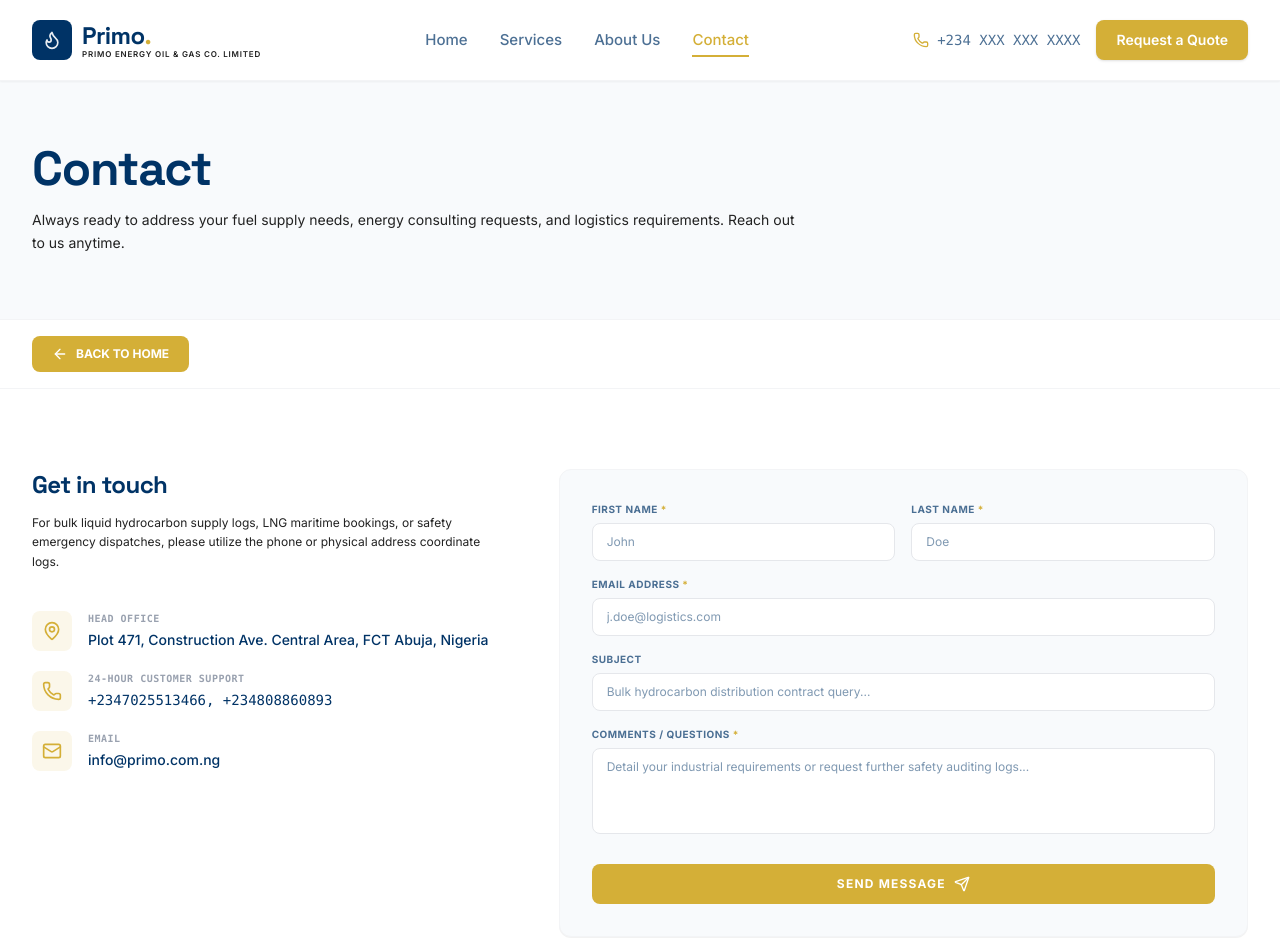
Repository: Jessic-asomugha/primopro
Page: /, after clicking the first element matching `nav.hidden > :nth-child(4)`
The author's editor kept a copy of each file at every save. The page is drawn from the files as they stood at one save, then again after the next save.
The browser window is 1280 px wide. The pictures show the part of the page from y = 0 to 952 px (the page is 1721 px tall).
The project was rebuilt for these pictures with package versions that can differ from the ones it lists, and the page was loaded fresh each time. Also part of the build but not shown: vite.config.ts, src/components/ServicesView.tsx, src/components/AboutView.tsx.

Above is the page before, as saved 2026-07-28 21:49:24.

### index.html
<!doctype html>
<html lang="en">
  <head>
    <meta charset="UTF-8" />
    <meta name="viewport" content="width=device-width, initial-scale=1.0" />
    <title>Primo Energy Oil & Gas Co. Limited - Reliable Energy Solutions</title>
  </head>
  <body>
    <div id="root"></div>
    <script type="module" src="/src/main.tsx"></script>
  </body>
</html>

### src/main.tsx
import {StrictMode} from 'react';
import {createRoot} from 'react-dom/client';
import App from './App.tsx';
import './index.css';

createRoot(document.getElementById('root')!).render(
  <StrictMode>
    <App />
  </StrictMode>,
);

### src/App.tsx
/**
 * @license
 * SPDX-License-Identifier: Apache-2.0
 */

import React, { useState } from 'react';
import { motion, AnimatePresence } from 'motion/react';
import Header from './components/Header';
import Footer from './components/Footer';
import QuoteModal from './components/QuoteModal';
import HomeView from './components/HomeView';
import ServicesView from './components/ServicesView';
import AboutView from './components/AboutView';
import ContactView from './components/ContactView';

export default function App() {
  const [activePage, setActivePage] = useState<'home' | 'services' | 'about' | 'contact'>('home');
  const [isQuoteOpen, setIsQuoteOpen] = useState(false);
  const [preselectedService, setPreselectedService] = useState('');

  const handleRequestQuote = () => {
    setPreselectedService('');
    setIsQuoteOpen(true);
  };

  const handleRequestQuoteWithService = (serviceId: string) => {
    setPreselectedService(serviceId);
    setIsQuoteOpen(true);
  };

  const renderActiveView = () => {
    switch (activePage) {
      case 'home':
        return (
          <HomeView
            onNavigateToServices={() => setActivePage('services')}
            onNavigateToAbout={() => setActivePage('about')}
            onNavigateToContact={() => setActivePage('contact')}
            onRequestQuote={handleRequestQuote}
          />
        );
      case 'services':
        return (
          <ServicesView
            onRequestQuoteWithService={handleRequestQuoteWithService}
          />
        );
      case 'about':
        return (
          <AboutView
            onRequestQuote={handleRequestQuote}
          />
        );
      case 'contact':
        return (
          <ContactView
            onBackToHome={() => setActivePage('home')}
          />
        );
      default:
        return (
          <HomeView
            onNavigateToServices={() => setActivePage('services')}
            onNavigateToAbout={() => setActivePage('about')}
            onNavigateToContact={() => setActivePage('contact')}
            onRequestQuote={handleRequestQuote}
          />
        );
    }
  };

  return (
    <div className="flex flex-col min-h-screen bg-white text-brand-dark selection:bg-brand-accent selection:text-white">
      {/* Navigation Header */}
      <Header
        activePage={activePage}
        setActivePage={setActivePage}
        onRequestQuote={handleRequestQuote}
      />

      {/* Main Corporate Workspace */}
      <main className="flex-grow">
        <AnimatePresence mode="wait">
          <motion.div
            key={activePage}
            initial={{ opacity: 0, y: 10 }}
            animate={{ opacity: 1, y: 0 }}
            exit={{ opacity: 0, y: -10 }}
            transition={{ duration: 0.3 }}
          >
            {renderActiveView()}
          </motion.div>
        </AnimatePresence>
      </main>

      {/* Shared Corporate Footer */}
      <Footer onNav={setActivePage} />

      {/* Global Request a Quote Modal */}
      <QuoteModal
        isOpen={isQuoteOpen}
        onClose={() => setIsQuoteOpen(false)}
        preselectedService={preselectedService}
      />
    </div>
  );
}

### src/index.css
@import url('https://fonts.googleapis.com/css2?family=Inter:wght@300;400;500;600;700&family=Space+Grotesk:wght@400;500;600;700&display=swap');
@import "tailwindcss";

@theme {
  --font-sans: "Inter", ui-sans-serif, system-ui, sans-serif;
  --font-display: "Space Grotesk", sans-serif;

  --color-brand-dark: #003366;
  --color-brand-accent: #D4AF37;
  --color-brand-accent-hover: #B8962E;
  --color-brand-light: #f8fafc;
  --color-brand-muted: #222222;
}

/* Custom scrollbar and premium design details */
::-webkit-scrollbar {
  width: 8px;
  height: 8px;
}
::-webkit-scrollbar-track {
  background: #003366;
}
::-webkit-scrollbar-thumb {
  background: #D4AF37;
  border-radius: 4px;
}
::-webkit-scrollbar-thumb:hover {
  background: #B8962E;
}

.font-display {
  font-family: var(--font-display);
}

### src/components/ContactView.tsx
import React, { useState } from 'react';
import { motion, AnimatePresence } from 'motion/react';
import { MapPin, Phone, Mail, ArrowLeft, Send, CheckCircle } from 'lucide-react';

interface ContactViewProps {
  onBackToHome: () => void;
}

export default function ContactView({ onBackToHome }: ContactViewProps) {
  const [formData, setFormData] = useState({
    firstName: '',
    lastName: '',
    email: '',
    subject: '',
    message: ''
  });

  const [isSubmitting, setIsSubmitting] = useState(false);
  const [submitted, setSubmitted] = useState(false);

  const handleChange = (e: React.ChangeEvent<HTMLInputElement | HTMLTextAreaElement>) => {
    const { name, value } = e.target;
    setFormData(prev => ({ ...prev, [name]: value }));
  };

const handleSubmit = async (e: React.FormEvent) => {
    e.preventDefault();
    setIsSubmitting(true);

    try {
      const response = await fetch('https://api.web3forms.com/submit', {
        method: 'POST',
        headers: { 'Content-Type': 'application/json' },
        body: JSON.stringify({
          access_key: 'b411e041-cfa8-434e-8ace-1a8834fc6c51',
          first_name: formData.firstName,
          last_name: formData.lastName,
          email: formData.email,
          subject: formData.subject,
          message: formData.message,
        }),
      });

      const result = await response.json();

      if (result.success) {
        setSubmitted(true);
      } else {
        console.error('Submission failed:', result.message);
        alert('Something went wrong. Please try again.');
      }
    } catch (error) {
      console.error('Error submitting form:', error);
      alert('Something went wrong. Please try again.');
    } finally {
      setIsSubmitting(false);
    }
  };

  const resetForm = () => {
    setFormData({
      firstName: '',
      lastName: '',
      email: '',
      subject: '',
      message: ''
    });
    setSubmitted(false);
  };

  return (
    <div className="bg-white text-brand-dark min-h-screen">

      {/* 1. Page Header Block */}
      <section className="bg-brand-light border-b border-gray-100 py-16">
        <div className="mx-auto max-w-7xl px-4 sm:px-6 lg:px-8">
          <div className="max-w-3xl space-y-4">
            <h1 className="font-display text-4xl sm:text-5xl font-bold tracking-tight text-brand-dark">Contact</h1>
            <p className="text-sm text-brand-muted leading-relaxed">
              Always ready to address your fuel supply needs, energy consulting requests, and logistics requirements. Reach out to us anytime.
            </p>
          </div>
        </div>
      </section>

      {/* 2. Navigation Bar (Back to Home) */}
      <div className="border-b border-gray-100 bg-white">
        <div className="mx-auto max-w-7xl px-4 sm:px-6 lg:px-8 py-4">
          <button
            onClick={onBackToHome}
            className="inline-flex items-center gap-2 bg-brand-accent hover:bg-brand-accent-hover text-white px-5 py-2.5 rounded-lg text-xs font-bold uppercase transition"
          >
            <ArrowLeft className="h-4 w-4" />
            Back to Home
          </button>
        </div>
      </div>

      {/* 3. Contact Details & Interactive Form */}
      <section className="py-20 bg-white">
        <div className="mx-auto max-w-7xl px-4 sm:px-6 lg:px-8">
          <div className="grid grid-cols-1 lg:grid-cols-12 gap-12">

            {/* Left Column: Get In Touch */}
            <div className="lg:col-span-5 space-y-6">
              <div className="space-y-3">
                <h2 className="font-display text-2xl font-bold tracking-tight">Get in touch</h2>
                <p className="text-xs text-brand-muted leading-relaxed">
                  For bulk liquid hydrocarbon supply logs, LNG maritime bookings, or safety emergency dispatches, please utilize the phone or physical address coordinate logs.
                </p>
              </div>

              <div className="space-y-5 pt-4">

                <div className="flex items-start gap-4">
                  <div className="h-10 w-10 rounded-lg bg-brand-accent/10 flex items-center justify-center text-brand-accent shrink-0">
                    <MapPin className="h-5 w-5" />
                  </div>
                  <div>
                    <h4 className="text-[10px] font-bold text-gray-400 uppercase tracking-wider font-mono">Head Office</h4>
                    <p className="text-sm text-brand-dark font-medium mt-1">
                    Plot 471, Construction Ave. Central Area, FCT  Abuja, Nigeria
                    </p>
                  </div>
                </div>

                <div className="flex items-start gap-4">
                  <div className="h-10 w-10 rounded-lg bg-brand-accent/10 flex items-center justify-center text-brand-accent shrink-0">
                    <Phone className="h-5 w-5" />
                  </div>
                  <div>
                    <h4 className="text-[10px] font-bold text-gray-400 uppercase tracking-wider font-mono">24-Hour Customer Support</h4>
                    <p className="text-sm text-brand-dark font-mono font-medium mt-1">
                      <a href="tel:+234XXXXXXXXXX" className="hover:text-brand-accent transition">
                        +2347025513466, +234808860893
                      </a>
                    </p>
                  </div>
                </div>

                <div className="flex items-start gap-4">
                  <div className="h-10 w-10 rounded-lg bg-brand-accent/10 flex items-center justify-center text-brand-accent shrink-0">
                    <Mail className="h-5 w-5" />
                  </div>
                  <div>
                    <h4 className="text-[10px] font-bold text-gray-400 uppercase tracking-wider font-mono">Email</h4>
                    <p className="text-sm text-brand-dark font-medium mt-1">
                      <a href="mailto:info@primoenergy.com.ng" className="hover:text-brand-accent transition">
                        info@primo.com.ng
                      </a>
                    </p>
                  </div>
                </div>

              </div>
            </div>

            {/* Right Column: Form */}
            <div className="lg:col-span-7 bg-brand-light rounded-xl p-8 border border-gray-100 shadow-2xs">
              <AnimatePresence mode="wait">
                {!submitted ? (
                  <motion.form
                    key="contact-form"
                    initial={{ opacity: 0 }}
                    animate={{ opacity: 1 }}
                    exit={{ opacity: 0 }}
                    onSubmit={handleSubmit}
                    className="space-y-4"
                  >
                    <div className="grid grid-cols-1 sm:grid-cols-2 gap-4">
                      <div>
                        <label className="block text-[10px] font-bold text-brand-dark/70 uppercase tracking-wider mb-1.5">
                          First Name <span className="text-brand-accent">*</span>
                        </label>
                        <input
                          type="text"
                          name="firstName"
                          required
                          value={formData.firstName}
                          onChange={handleChange}
                          placeholder="John"
                          className="w-full rounded-lg bg-white border border-gray-200 px-3.5 py-2.5 text-xs text-brand-dark focus:outline-hidden focus:border-brand-accent transition"
                        />
                      </div>
                      <div>
                        <label className="block text-[10px] font-bold text-brand-dark/70 uppercase tracking-wider mb-1.5">
                          Last Name <span className="text-brand-accent">*</span>
                        </label>
                        <input
                          type="text"
                          name="lastName"
                          required
                          value={formData.lastName}
                          onChange={handleChange}
                          placeholder="Doe"
                          className="w-full rounded-lg bg-white border border-gray-200 px-3.5 py-2.5 text-xs text-brand-dark focus:outline-hidden focus:border-brand-accent transition"
                        />
                      </div>
                    </div>

                    <div>
                      <label className="block text-[10px] font-bold text-brand-dark/70 uppercase tracking-wider mb-1.5">
                        Email Address <span className="text-brand-accent">*</span>
                      </label>
                      <input
                        type="email"
                        name="email"
                        required
                        value={formData.email}
                        onChange={handleChange}
                        placeholder="j.doe@logistics.com"
                        className="w-full rounded-lg bg-white border border-gray-200 px-3.5 py-2.5 text-xs text-brand-dark focus:outline-hidden focus:border-brand-accent transition"
                      />
                    </div>

                    <div>
                      <label className="block text-[10px] font-bold text-brand-dark/70 uppercase tracking-wider mb-1.5">
                        Subject
                      </label>
                      <input
                        type="text"
                        name="subject"
                        value={formData.subject}
                        onChange={handleChange}
                        placeholder="Bulk hydrocarbon distribution contract query..."
                        className="w-full rounded-lg bg-white border border-gray-200 px-3.5 py-2.5 text-xs text-brand-dark focus:outline-hidden focus:border-brand-accent transition"
                      />
                    </div>

                    <div>
                      <label className="block text-[10px] font-bold text-brand-dark/70 uppercase tracking-wider mb-1.5">
                        Comments / Questions <span className="text-brand-accent">*</span>
                      </label>
                      <textarea
                        name="message"
                        required
                        rows={4}
                        value={formData.message}
                        onChange={handleChange}
                        placeholder="Detail your industrial requirements or request further safety auditing logs..."
                        className="w-full rounded-lg bg-white border border-gray-200 px-3.5 py-2.5 text-xs text-brand-dark focus:outline-hidden focus:border-brand-accent transition resize-none"
                      />
                    </div>

                    <div className="pt-2">
                      <button
                        type="submit"
                        disabled={isSubmitting}
                        className="w-full bg-brand-accent hover:bg-brand-accent-hover disabled:opacity-50 text-white font-bold py-3 px-6 rounded-lg text-xs uppercase tracking-widest transition flex items-center justify-center gap-2"
                      >
                        {isSubmitting ? (
                          <>
                            <svg className="animate-spin -ml-1 mr-2 h-4 w-4 text-white" fill="none" viewBox="0 0 24 24">
                              <circle className="opacity-25" cx="12" cy="12" r="10" stroke="currentColor" strokeWidth="4" />
                              <path className="opacity-75" fill="currentColor" d="M4 12a8 8 0 018-8V0C5.373 0 0 5.373 0 12h4zm2 5.291A7.962 7.962 0 014 12H0c0 3.042 1.135 5.824 3 7.938l3-2.647z" />
                            </svg>
                            Transmitting...
                          </>
                        ) : (
                          <>
                            Send Message
                            <Send className="h-4 w-4" />
                          </>
                        )}
                      </button>
                    </div>

                  </motion.form>
                ) : (
                  <motion.div
                    key="success-message"
                    initial={{ opacity: 0, scale: 0.95 }}
                    animate={{ opacity: 1, scale: 1 }}
                    className="text-center py-8 space-y-4"
                  >
                    <CheckCircle className="h-14 w-14 text-emerald-500 mx-auto" />
                    <h3 className="font-display text-xl font-bold tracking-tight">Transmission Complete</h3>
                    <p className="text-xs text-brand-muted leading-relaxed max-w-sm mx-auto">
                      Thank you. Your inquiry has been received. Our team will respond shortly.
                    </p>
                    <button
                      onClick={resetForm}
                      className="bg-brand-dark hover:bg-black text-white px-5 py-2 rounded-lg text-xs font-semibold transition"
                    >
                      Send Another Message
                    </button>
                  </motion.div>
                )}
              </AnimatePresence>
            </div>

          </div>
        </div>
      </section>

      {/* 4. Styled Coordinates Map section exactly as image */}
      <section className="relative h-96 bg-brand-dark overflow-hidden border-t border-gray-100">
        <div className="absolute inset-0 z-10 bg-brand-dark/20" />
        <img
          src="https://images.unsplash.com/photo-1524661135-423995f22d0b?auto=format&fit=crop&w=1200&q=80"
          alt="Monochromatic topographical grid map"
          className="w-full h-full object-cover opacity-35 filter grayscale scale-105"
          referrerPolicy="no-referrer"
        />

        {/* Floating geographic node markers */}
        <div className="absolute inset-0 z-20 flex items-center justify-center p-4">
          <div className="bg-brand-dark/95 border border-white/10 rounded-xl p-5 shadow-2xl max-w-xs text-white">
            <span className="block text-[10px] font-mono tracking-widest text-brand-accent uppercase">Head Office Location</span>
            <h4 className="font-display text-sm font-bold mt-1">Abuja, FCT — Nigeria</h4>
            <p className="text-[11px] text-gray-400 mt-2">
              Federal Capital Territory
            </p>
            <span className="block text-[9px] text-brand-accent mt-1 font-mono">// Service Coverage: Active</span>
          </div>
        </div>
      </section>

    </div>
  );
}

Loaded but not shown: src/components/HomeView.tsx (609 lines, source omitted); src/components/QuoteModal.tsx (299 lines, source omitted); src/components/Footer.tsx (127 lines, source omitted); src/components/Header.tsx (139 lines, source omitted); src/data.ts (106 lines, source omitted)

After the next save:
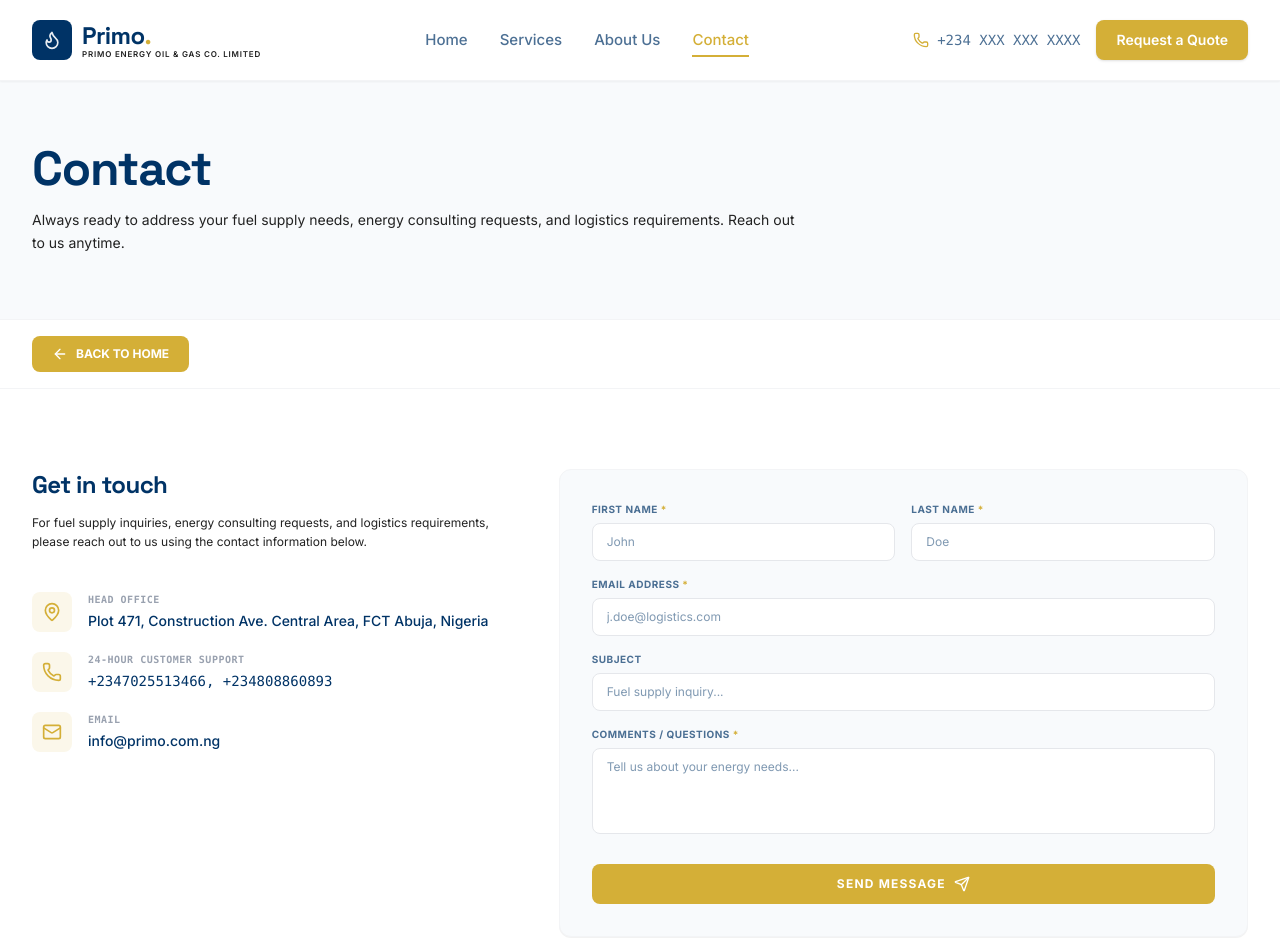
Saved 20 s later.
--- a/src/components/ContactView.tsx
+++ b/src/components/ContactView.tsx
@@ -106,7 +106,7 @@ const handleSubmit = async (e: React.FormEvent) => {
               <div className="space-y-3">
                 <h2 className="font-display text-2xl font-bold tracking-tight">Get in touch</h2>
                 <p className="text-xs text-brand-muted leading-relaxed">
-                  For bulk liquid hydrocarbon supply logs, LNG maritime bookings, or safety emergency dispatches, please utilize the phone or physical address coordinate logs.
+                  For fuel supply inquiries, energy consulting requests, and logistics requirements, please reach out to us using the contact information below.
                 </p>
               </div>
 
@@ -222,7 +222,7 @@ const handleSubmit = async (e: React.FormEvent) => {
                         name="subject"
                         value={formData.subject}
                         onChange={handleChange}
-                        placeholder="Bulk hydrocarbon distribution contract query..."
+                        placeholder="Fuel supply inquiry..."
                         className="w-full rounded-lg bg-white border border-gray-200 px-3.5 py-2.5 text-xs text-brand-dark focus:outline-hidden focus:border-brand-accent transition"
                       />
                     </div>
@@ -237,7 +237,7 @@ const handleSubmit = async (e: React.FormEvent) => {
                         rows={4}
                         value={formData.message}
                         onChange={handleChange}
-                        placeholder="Detail your industrial requirements or request further safety auditing logs..."
+                        placeholder="Tell us about your energy needs..."
                         className="w-full rounded-lg bg-white border border-gray-200 px-3.5 py-2.5 text-xs text-brand-dark focus:outline-hidden focus:border-brand-accent transition resize-none"
                       />
                     </div>
@@ -274,7 +274,7 @@ const handleSubmit = async (e: React.FormEvent) => {
                     className="text-center py-8 space-y-4"
                   >
                     <CheckCircle className="h-14 w-14 text-emerald-500 mx-auto" />
-                    <h3 className="font-display text-xl font-bold tracking-tight">Transmission Complete</h3>
+                    <h3 className="font-display text-xl font-bold tracking-tight">Message Sent</h3>
                     <p className="text-xs text-brand-muted leading-relaxed max-w-sm mx-auto">
                       Thank you. Your inquiry has been received. Our team will respond shortly.
                     </p>
